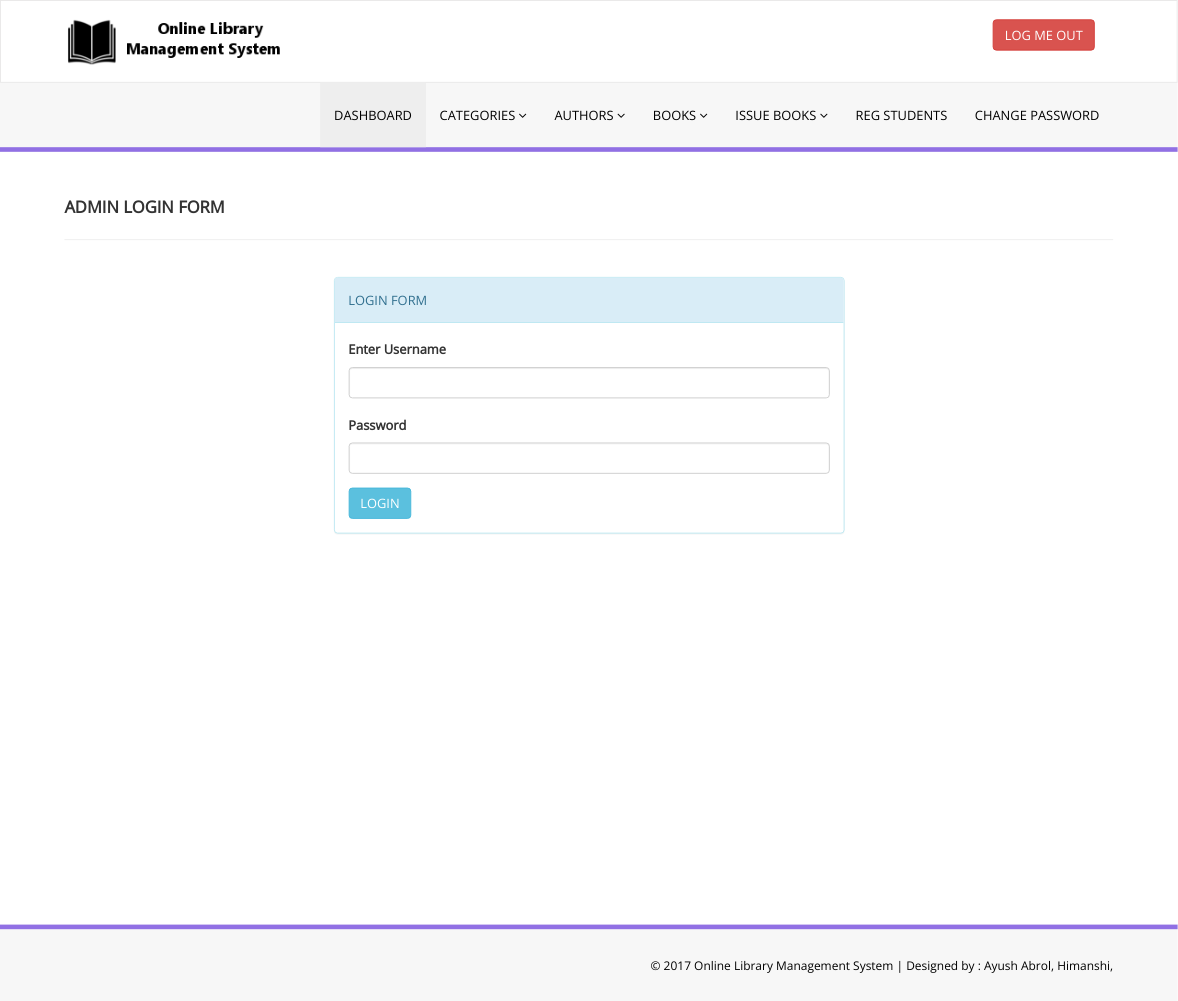
Repository: ayushabrol13/Online-Library-Management-System
Page: http://localhost/admin/index.php
An editor plug-in stored every save of this project. The page is shown before and after the next save, followed by the edit.
The browser window is 1280 px wide. The pictures show the whole page, at 92% of full size.
The page is run by PHP 8.4 with error messages shown; the project is at /var/www/html/.

Above is the page before, as saved 2022-11-29 12:33:34.
Console error: TypeError: $(...).dataTable is not a function

After the next save:
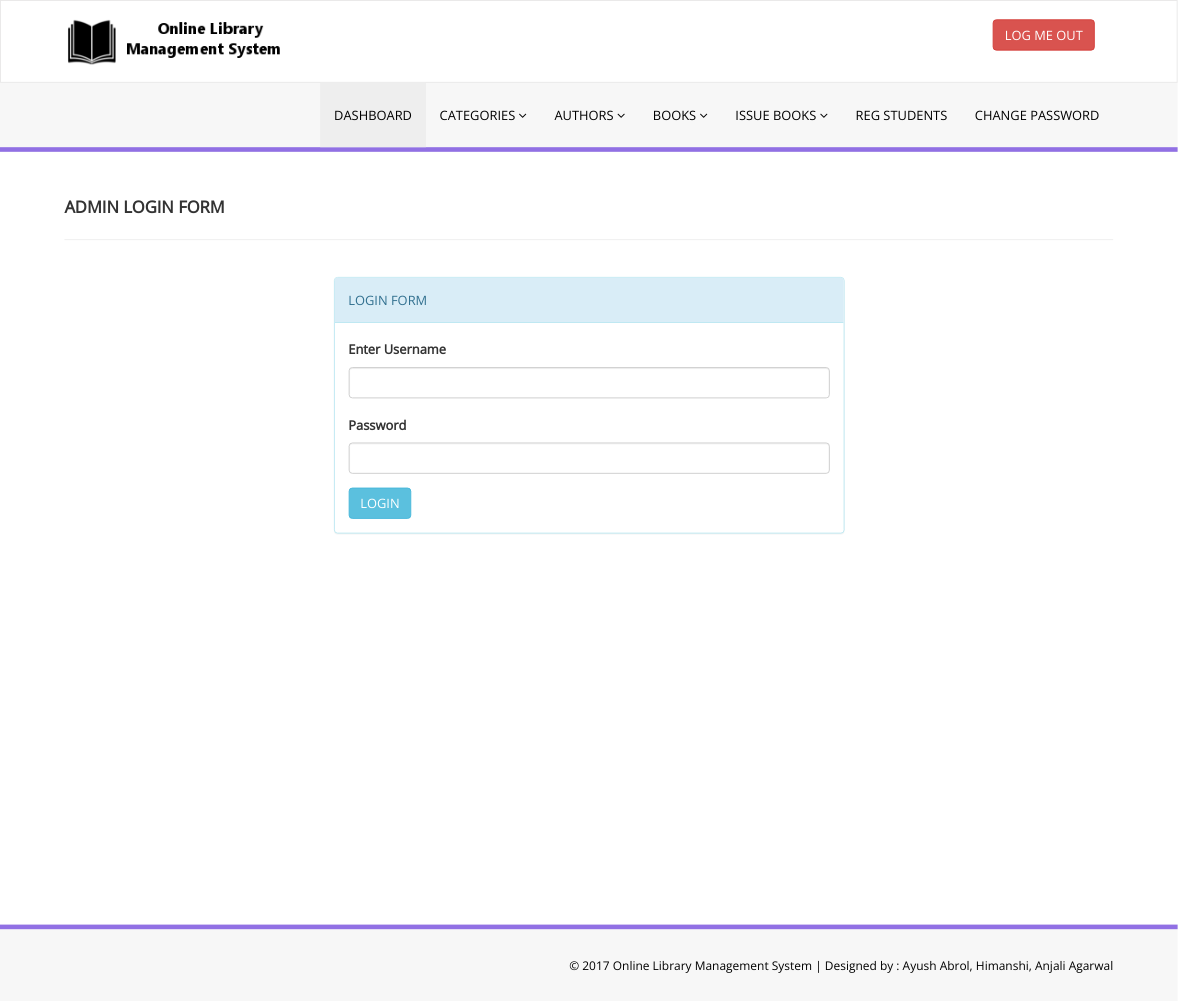
Saved 12 s later.
--- a/library/admin/includes/footer.php
+++ b/library/admin/includes/footer.php
@@ -2,7 +2,7 @@
         <div class="container">
             <div class="row">
                 <div class="col-md-12">
-                   &copy; 2017 Online Library Management System |<a href="https://github.com/ayushabrol13" target="_blank"  > Designed by : Ayush Abrol, Himanshi, </a>
+                   &copy; 2017 Online Library Management System |<a href="https://github.com/ayushabrol13" target="_blank"  > Designed by : Ayush Abrol, Himanshi, Anjali Agarwal</a>
                 </div>
 
             </div>
